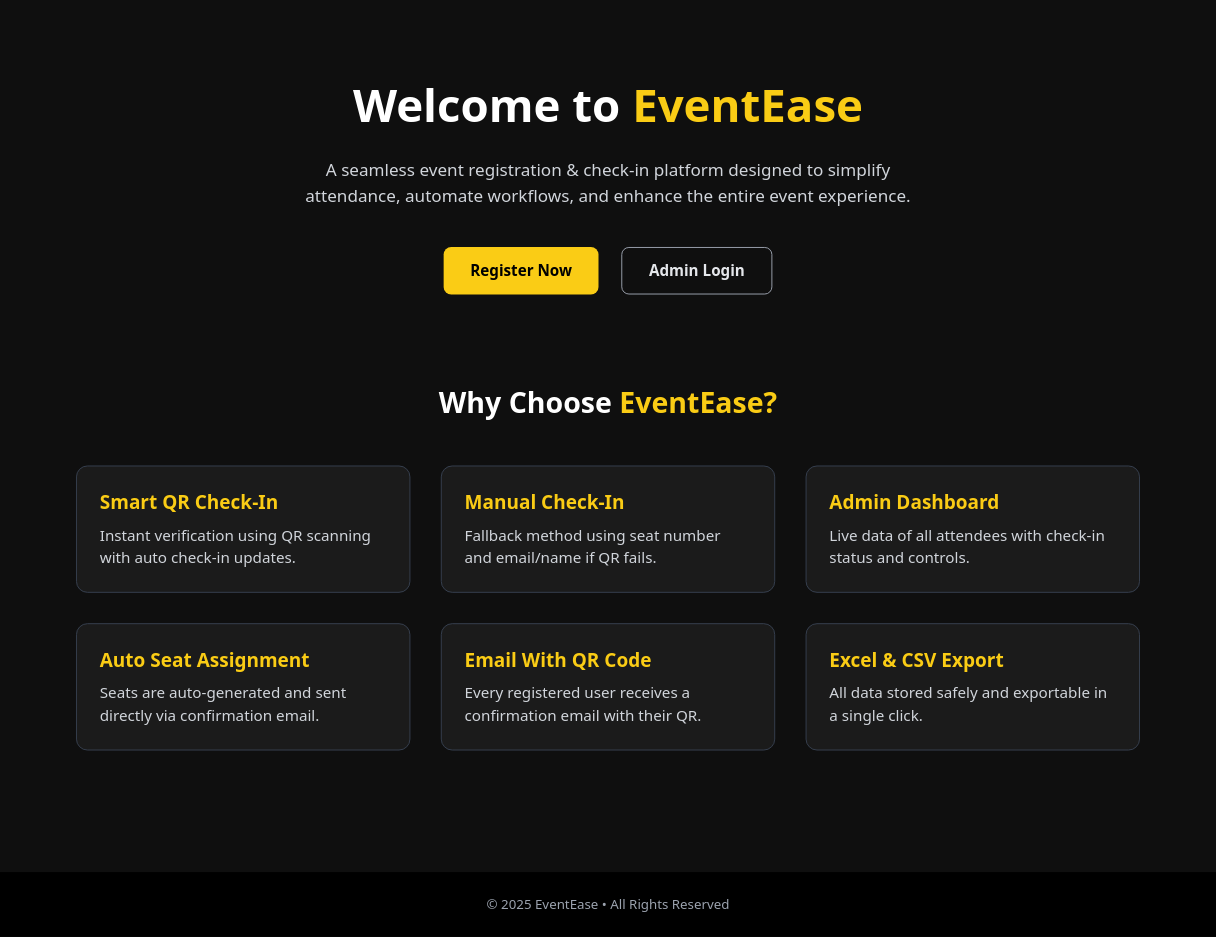
Repository: shravanramakunja/EventEase
Page: http://localhost/
The author's editor kept a copy of each file at every save. The page is drawn from the files as they stood at one save, then again after the next save.
The browser window is 1280 px wide. The pictures show the whole page, at 95% of full size.
Some web libraries are served in a nearby version. The page is served by the project's Node server (server.js). Other server files are loaded and not shown.

Above is the page before, as saved 2025-11-29 16:26:12.

### views/index.ejs
<!DOCTYPE html>
<html lang="en">
<head>
  <meta charset="UTF-8" />
  <title>EventEase – Smart Event Check-In System</title>
  <script src="https://cdn.tailwindcss.com"></script>
</head>

<body class="bg-[#0f0f0f] text-white">

  <!-- HERO SECTION -->
  <section class="max-w-6xl mx-auto pt-20 pb-24 text-center px-4">
    <h1 class="text-5xl font-extrabold leading-tight">
      Welcome to <span class="text-yellow-400">EventEase</span>
    </h1>
    <p class="mt-6 text-lg text-gray-300 max-w-2xl mx-auto">
      A seamless event registration & check-in platform designed to simplify attendance,
      automate workflows, and enhance the entire event experience.
    </p>

    <div class="mt-10 flex justify-center gap-6">
      <a href="/register"
        class="bg-yellow-400 text-black font-semibold px-7 py-3 rounded-lg hover:bg-yellow-300 transition">
        Register Now
      </a>

      <a href="/admin"
        class="border border-gray-400 text-gray-200 font-semibold px-7 py-3 rounded-lg hover:bg-gray-800 transition">
        Admin Login
      </a>
    </div>
  </section>

  <!-- FEATURES SECTION -->
  <section class="max-w-6xl mx-auto pb-20 px-4">
    <h2 class="text-3xl font-bold text-center mb-12">
      Why Choose <span class="text-yellow-400">EventEase?</span>
    </h2>

    <div class="grid md:grid-cols-3 gap-8">

      <!-- Feature Card -->
      <div class="bg-[#1b1b1b] border border-gray-700 rounded-xl p-6 hover:scale-105 transition">
        <h3 class="text-xl font-semibold mb-2 text-yellow-400">Smart QR Check-In</h3>
        <p class="text-gray-300">Instant verification using QR scanning with auto check-in updates.</p>
      </div>

      <div class="bg-[#1b1b1b] border border-gray-700 rounded-xl p-6 hover:scale-105 transition">
        <h3 class="text-xl font-semibold mb-2 text-yellow-400">Manual Check-In</h3>
        <p class="text-gray-300">Fallback method using seat number and email/name if QR fails.</p>
      </div>

      <div class="bg-[#1b1b1b] border border-gray-700 rounded-xl p-6 hover:scale-105 transition">
        <h3 class="text-xl font-semibold mb-2 text-yellow-400">Admin Dashboard</h3>
        <p class="text-gray-300">Live data of all attendees with check-in status and controls.</p>
      </div>

      <div class="bg-[#1b1b1b] border border-gray-700 rounded-xl p-6 hover:scale-105 transition">
        <h3 class="text-xl font-semibold mb-2 text-yellow-400">Auto Seat Assignment</h3>
        <p class="text-gray-300">Seats are auto-generated and sent directly via confirmation email.</p>
      </div>

      <div class="bg-[#1b1b1b] border border-gray-700 rounded-xl p-6 hover:scale-105 transition">
        <h3 class="text-xl font-semibold mb-2 text-yellow-400">Email With QR Code</h3>
        <p class="text-gray-300">Every registered user receives a confirmation email with their QR.</p>
      </div>

      <div class="bg-[#1b1b1b] border border-gray-700 rounded-xl p-6 hover:scale-105 transition">
        <h3 class="text-xl font-semibold mb-2 text-yellow-400">Excel & CSV Export</h3>
        <p class="text-gray-300">All data stored safely and exportable in a single click.</p>
      </div>

    </div>
  </section>

  <!-- FOOTER -->
  <footer class="bg-black py-6 mt-12">
    <p class="text-center text-gray-400 text-sm">
      © <%= new Date().getFullYear() %> EventEase • All Rights Reserved
    </p>
  </footer>

</body>
</html>

### server.js
// server.js

require("dotenv").config();
const express = require("express");
const path = require("path");
const session = require("express-session");
const bodyParser = require("body-parser");

const userRoutes = require("./routes/userRoutes");
const adminRoutes = require("./routes/adminRoutes");
const checkinRoutes = require("./routes/checkinRoutes");
const connectDB = require("./config/db");

const app = express();

// =====================
//  CONNECT DATABASE
// =====================
connectDB();

// =====================
//  MIDDLEWARE
// =====================
app.use(bodyParser.urlencoded({ extended: true }));
app.use(bodyParser.json());
app.use(express.json());
app.use(express.static(path.join(__dirname, "public")));

app.use(
  session({
    secret: process.env.SESSION_SECRET || "somesecretkey",
    resave: false,
    saveUninitialized: false,
    cookie: { maxAge: 24 * 60 * 60 * 1000 }
  })
);

// =====================
//  VIEW ENGINE
// =====================
app.set("view engine", "ejs");
app.set("views", path.join(__dirname, "views"));

// =====================
//  ROUTES
// =====================
app.use("/", userRoutes);
app.use("/admin", adminRoutes);
app.use("/checkin", checkinRoutes);
app.use("/checkin", require("./routes/checkinRoutes"));

// =====================
//  START SERVER
// =====================
const PORT = process.env.PORT || 5000;
app.listen(PORT, () => {
  console.log(`🚀 Server running on http://localhost:${PORT}`);
});

### routes/userRoutes.js
const express = require("express");
const router = express.Router();
const userController = require("../controllers/userController");

// Landing Page (Home)
router.get("/", (req, res) => {
  res.render("index");
});

// Show Registration Form
router.get("/register", (req, res) => {
  res.render("register");  // This is the new register.ejs
});

// Handle Registration Submit
router.post("/register", userController.registerUser);

// Success Page
router.get("/success", (req, res) => {
  res.render("success");
});

module.exports = router;

After the next save:
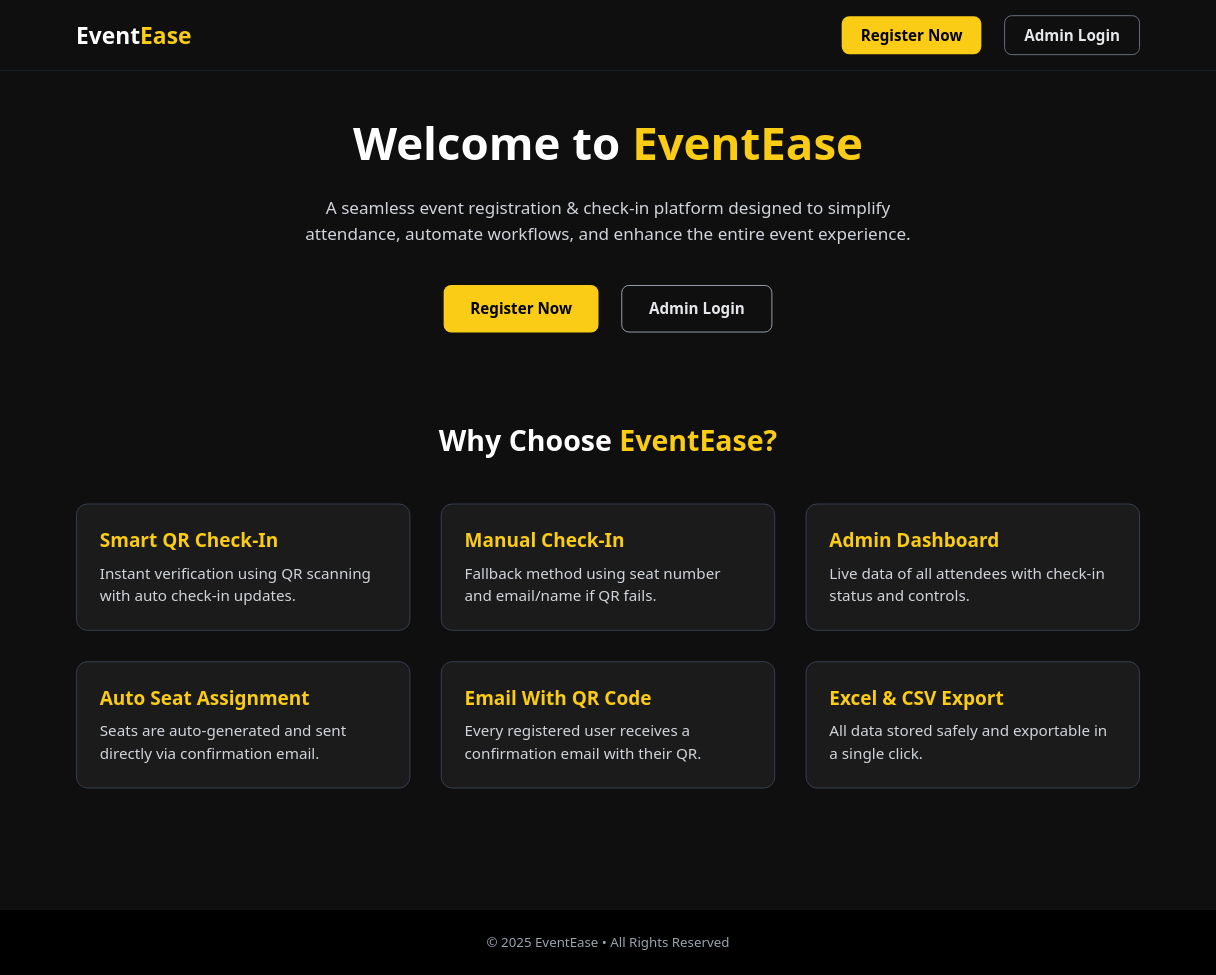
Saved 50 min 15 s later.
--- a/views/index.ejs
+++ b/views/index.ejs
@@ -8,8 +8,58 @@
 
 <body class="bg-[#0f0f0f] text-white">
 
+  <!-- NAVBAR -->
+  <nav class="w-full bg-[#0f0f0f] border-b border-gray-800 fixed top-0 left-0 z-50">
+    <div class="max-w-6xl mx-auto px-4 py-4 flex justify-between items-center">
+
+      <!-- LOGO -->
+      <a href="/" class="text-2xl font-extrabold text-white">
+        Event<span class="text-yellow-400">Ease</span>
+      </a>
+
+      <!-- DESKTOP MENU -->
+      <div class="hidden md:flex items-center gap-6">
+
+        <a href="/register"
+          class="bg-yellow-400 text-black px-5 py-2 rounded-lg font-semibold hover:bg-yellow-300 transition">
+          Register Now
+        </a>
+
+        <a href="/admin"
+          class="border border-gray-500 text-gray-200 px-5 py-2 rounded-lg font-semibold hover:bg-gray-800 transition">
+          Admin Login
+        </a>
+
+      </div>
+
+      <!-- MOBILE MENU BUTTON -->
+      <button id="menuBtn" class="md:hidden text-yellow-400 text-3xl">
+        ☰
+      </button>
+
+    </div>
+
+    <!-- MOBILE MENU DROPDOWN -->
+    <div id="mobileMenu" class="hidden bg-[#151515] border-t border-gray-700 md:hidden px-4 py-4 space-y-4">
+
+      <a href="/register"
+        class="block bg-yellow-400 text-black text-center px-5 py-2 rounded-lg font-semibold hover:bg-yellow-300 transition">
+        Register Now
+      </a>
+
+      <a href="/admin"
+        class="block border border-gray-500 text-gray-200 text-center px-5 py-2 rounded-lg font-semibold hover:bg-gray-800 transition">
+        Admin Login
+      </a>
+
+    </div>
+  </nav>
+
+  <!-- SPACER (prevents hero from hiding behind navbar) -->
+  <div class="h-20"></div>
+
   <!-- HERO SECTION -->
-  <section class="max-w-6xl mx-auto pt-20 pb-24 text-center px-4">
+  <section class="max-w-6xl mx-auto pt-10 pb-24 text-center px-4">
     <h1 class="text-5xl font-extrabold leading-tight">
       Welcome to <span class="text-yellow-400">EventEase</span>
     </h1>
@@ -80,5 +130,15 @@
     </p>
   </footer>
 
+  <!-- MOBILE MENU JS -->
+  <script>
+    const btn = document.getElementById("menuBtn");
+    const menu = document.getElementById("mobileMenu");
+
+    btn.addEventListener("click", () => {
+      menu.classList.toggle("hidden");
+    });
+  </script>
+
 </body>
 </html>
